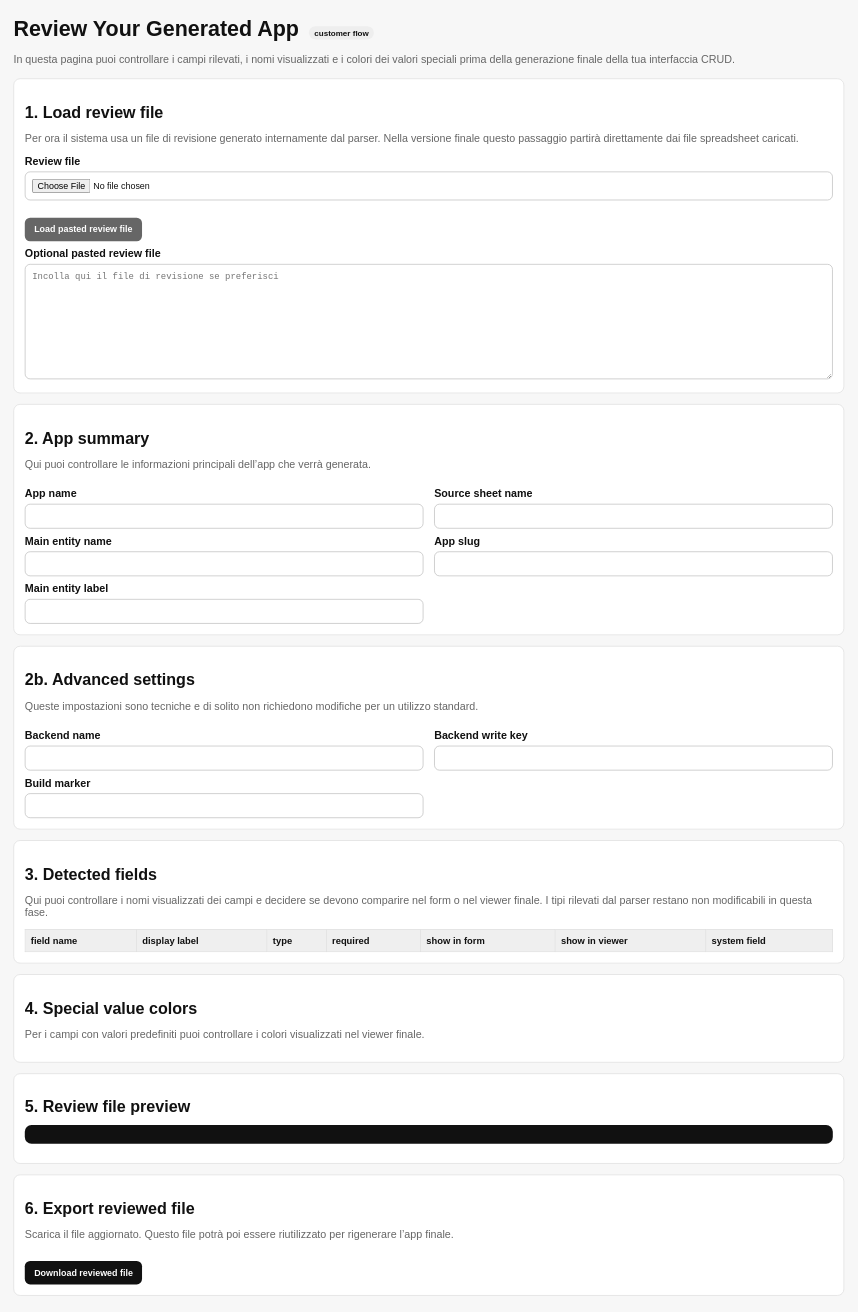
Repository: progettazionemauro/sheets.builder
Page: docs/review.html
An editor plug-in stored every save of this project. The page is shown before and after a run of saves, followed by the edit.
The browser window is 1280 px wide. The pictures show the whole page, at 67% of full size.

Above is the page before, as saved 2026-04-14 23:08:50.

After the next 2 saves:
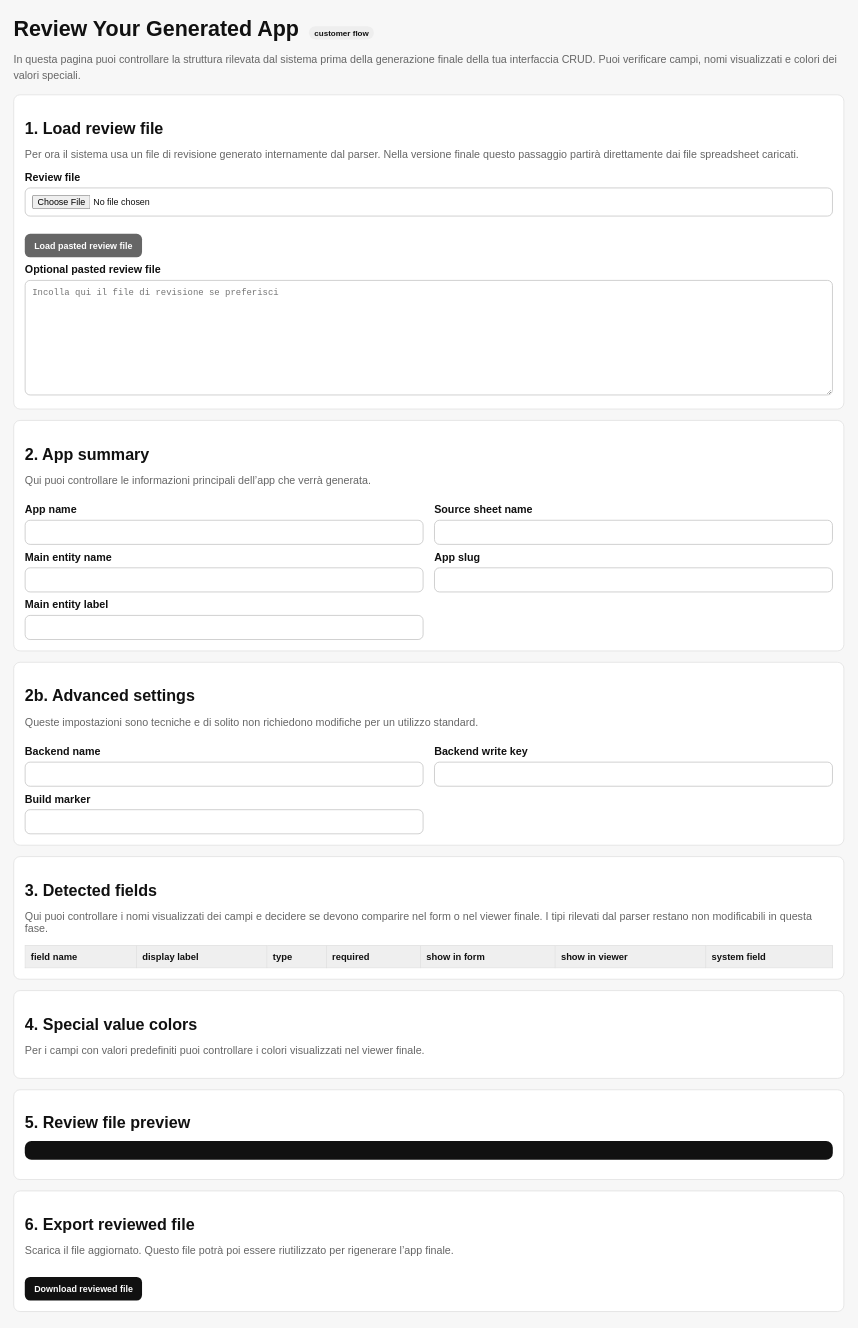
The 2 saves are shown as one change because they came seconds apart.
The last was saved 37 s later.
--- a/docs/review.html
+++ b/docs/review.html
@@ -139,9 +139,9 @@
 <body>
 
   <h1>Review Your Generated App <span class="badge">customer flow</span></h1>
-  <p class="muted hero-note">
-    In questa pagina puoi controllare i campi rilevati, i nomi visualizzati e i colori dei valori speciali
-    prima della generazione finale della tua interfaccia CRUD.
+    <p class="muted hero-note">
+    In questa pagina puoi controllare la struttura rilevata dal sistema prima della generazione finale
+    della tua interfaccia CRUD. Puoi verificare campi, nomi visualizzati e colori dei valori speciali.
   </p>
 
   <div class="card">
